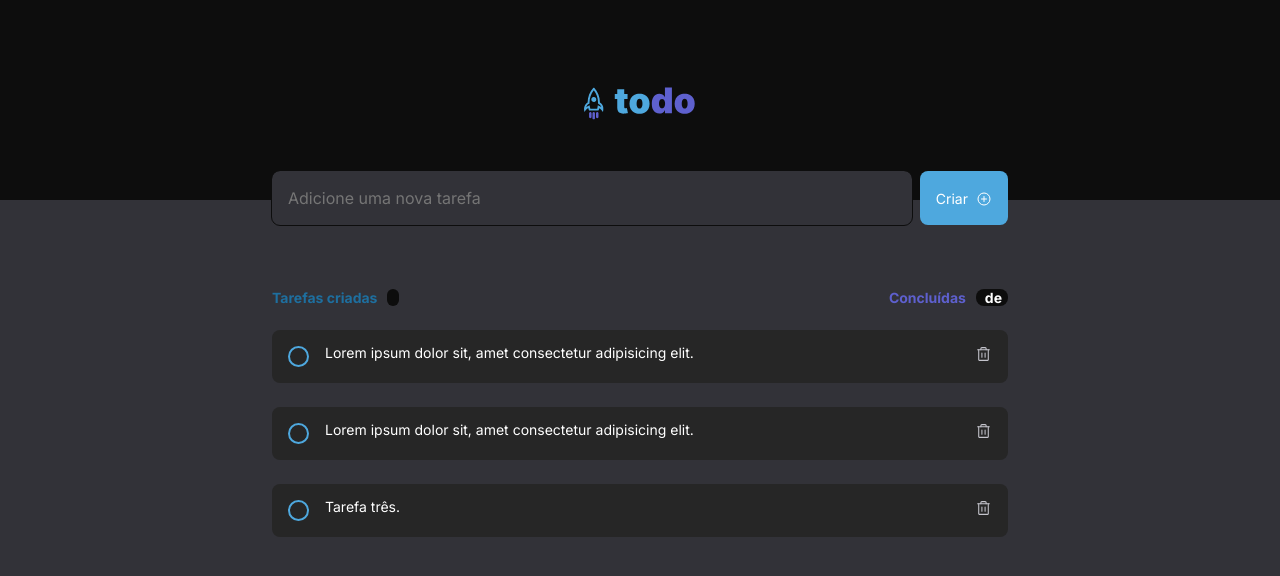
Repository: gabramos90/ignite-todo
Page: /
The author's editor kept a copy of each file at every save. The page is drawn from the files as they stood at one save, then again after the next save.
The browser window is 1280 px wide. The pictures show the whole page.
The project was rebuilt for these pictures with package versions that can differ from the ones it lists, and the page was loaded fresh each time. Also part of the build but not shown: vite.config.ts.

Above is the page before, as saved 2022-12-01 04:20:19.

After the next save:
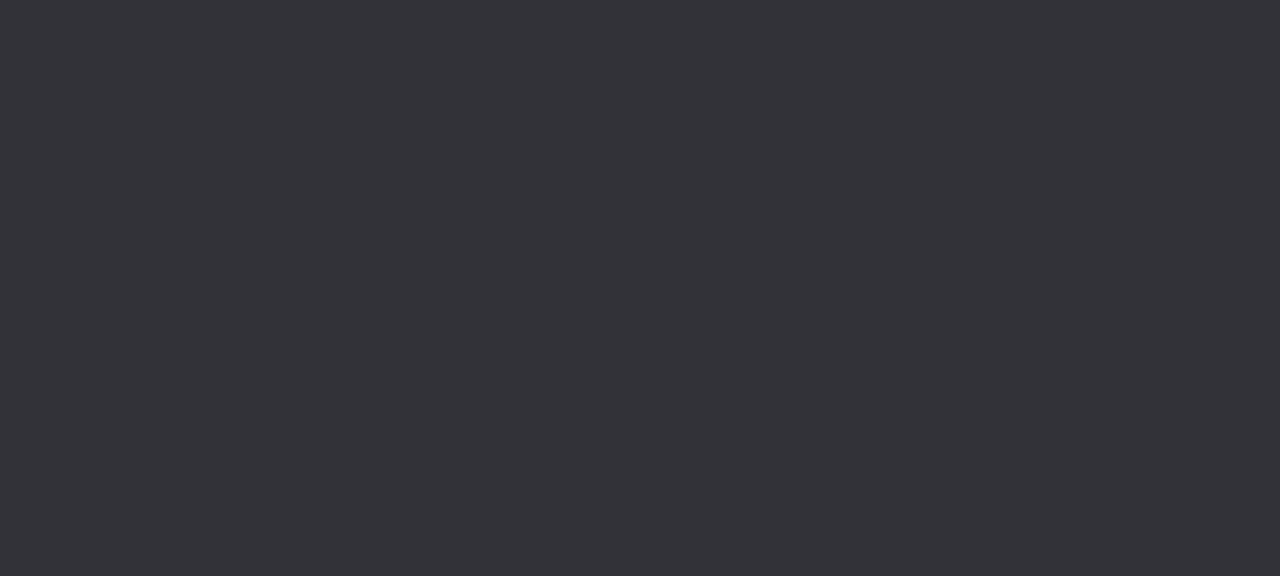
Console error: ReferenceError: task is not defined
Saved 98 s later.
--- a/src/components/TasksAccounter/TasksAccounter.tsx
+++ b/src/components/TasksAccounter/TasksAccounter.tsx
@@ -3,7 +3,7 @@
 
 export function TasksAccounter({ tasks }) {
   const taskQuant = tasks.lenght
-  const doneTasks = tasks.filter((task) => task.isDone).lenght
+  const doneTasks = tasks.filter((tasks) => task.isDone).lenght
 
   return (
     <>

After the save that followed:
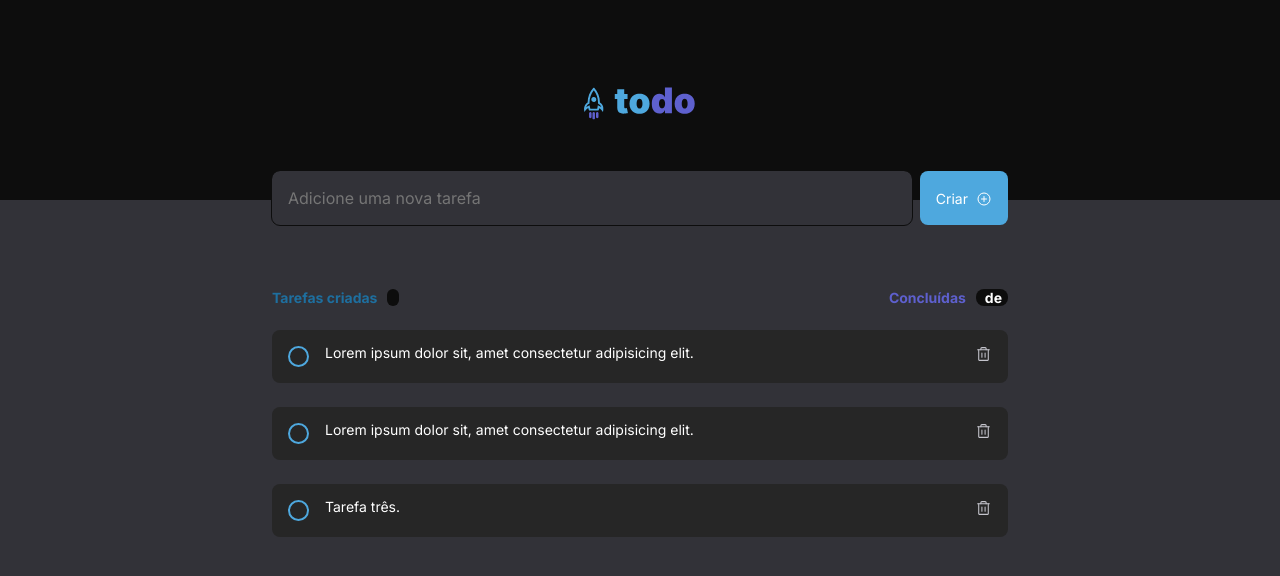
The error is gone.
Saved 6 s later.
--- a/src/components/TasksAccounter/TasksAccounter.tsx
+++ b/src/components/TasksAccounter/TasksAccounter.tsx
@@ -3,7 +3,7 @@
 
 export function TasksAccounter({ tasks }) {
   const taskQuant = tasks.lenght
-  const doneTasks = tasks.filter((tasks) => task.isDone).lenght
+  const doneTasks = tasks.filter((tasks) => tasks.isDone).lenght
 
   return (
     <>
